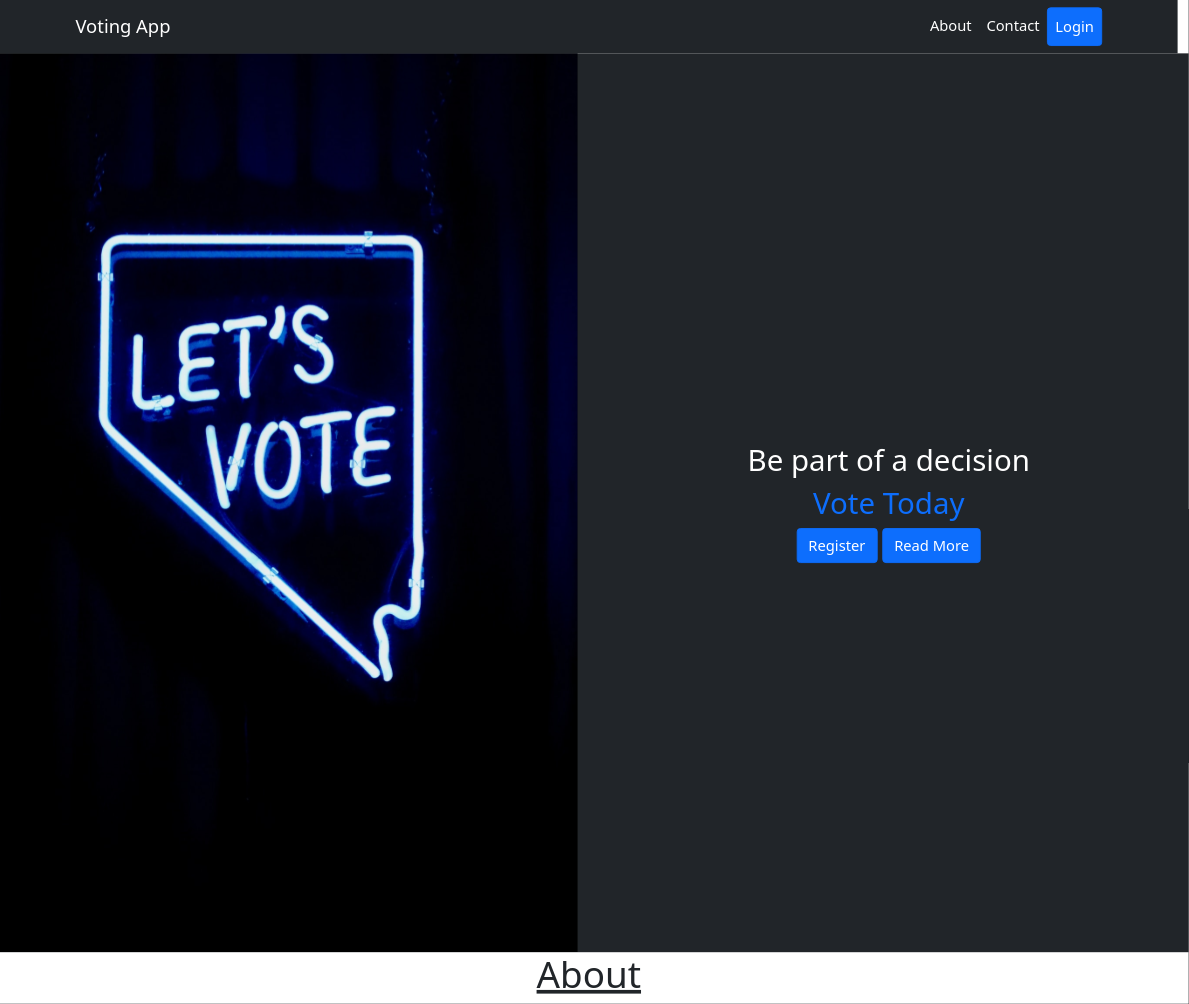
Repository: DavidManiIbrahim/Voting-app
Page: index.html
These files come from the project's save history. The page is drawn as it stood at one moment and after a run of saves; the edit follows.
The browser window is 1280 px wide. The page is 1292 px wide, so the pictures cover 1292 px, including what lies to the right of the window. The pictures show the whole page, at 92% of full size.

Above is the page before, as saved 2025-01-18 03:50:32.

### index.html
<!DOCTYPE html>
<html lang="en">
<head>
    <meta charset="UTF-8">
    <meta name="viewport" content="width=device-width, initial-scale=1.0">
    <title>Voting app</title>
    <link rel="stylesheet" href="./bootstrap.css">
    <link rel="stylesheet" href="./styles.css">
</head>
<body>

<!-- NavBar -->

    <nav class="navbar navbar-expand-lg bg-dark text-white ">
        <div class="container">
            <a href="#" class="navbar-brand text-white ">Voting App</a>


            <button class="navbar-toggler" data-bs-target="#navmenu" data-bs-toggle="collapse">
                <span class="navbar-toggler-icon bg-primary"></span>
            </button>
            <div class="collapse navbar-collapse " id="navmenu">
                <ul class="navbar-nav ms-auto text-center">
                    <li class="nav-link text-white">About</li>
                    <li class="nav-link text-white">Contact</li>
                    <a class="nav-link btn btn-primary text-white">Login</a>
                </ul>
            </div>
</div>
    </nav>

<!-- Hero Section -->

<div class="row h-100 bg-dark">
    <div class="col-md">
        <img src="./unsplash_LA1VawaCjjI.svg" alt="" class="img-fluid">
    </div>
    <div class="col-md m-auto" >
        <div class="container-fluid text-center lead m-auto text-white" id="content">
            <h2>Be part of a decision</h2>
            <h2 class="text-primary">Vote Today</h2>
            <div class="">
                <button class="btn btn-primary">Register</button>
                <button class="btn btn-primary">Read More</button>
            </div>
        </div>
    </div>
</div>

<!-- About Section -->

<div class="row">
    <div class="container text-center">
        <h1 class="text-decoration-underline">About</h1>
    </div>
</div>






    <script src="./bootstrap.min.js"></script>
</body>
</html>

### styles.css
.lead,#content{
    /* height:50vh; */
    /* border:1px solid; */
    padding: 50px;
}

.row{

}

Loaded but not shown: bootstrap.css (library); bootstrap.min.js (library)

After the next 3 saves:
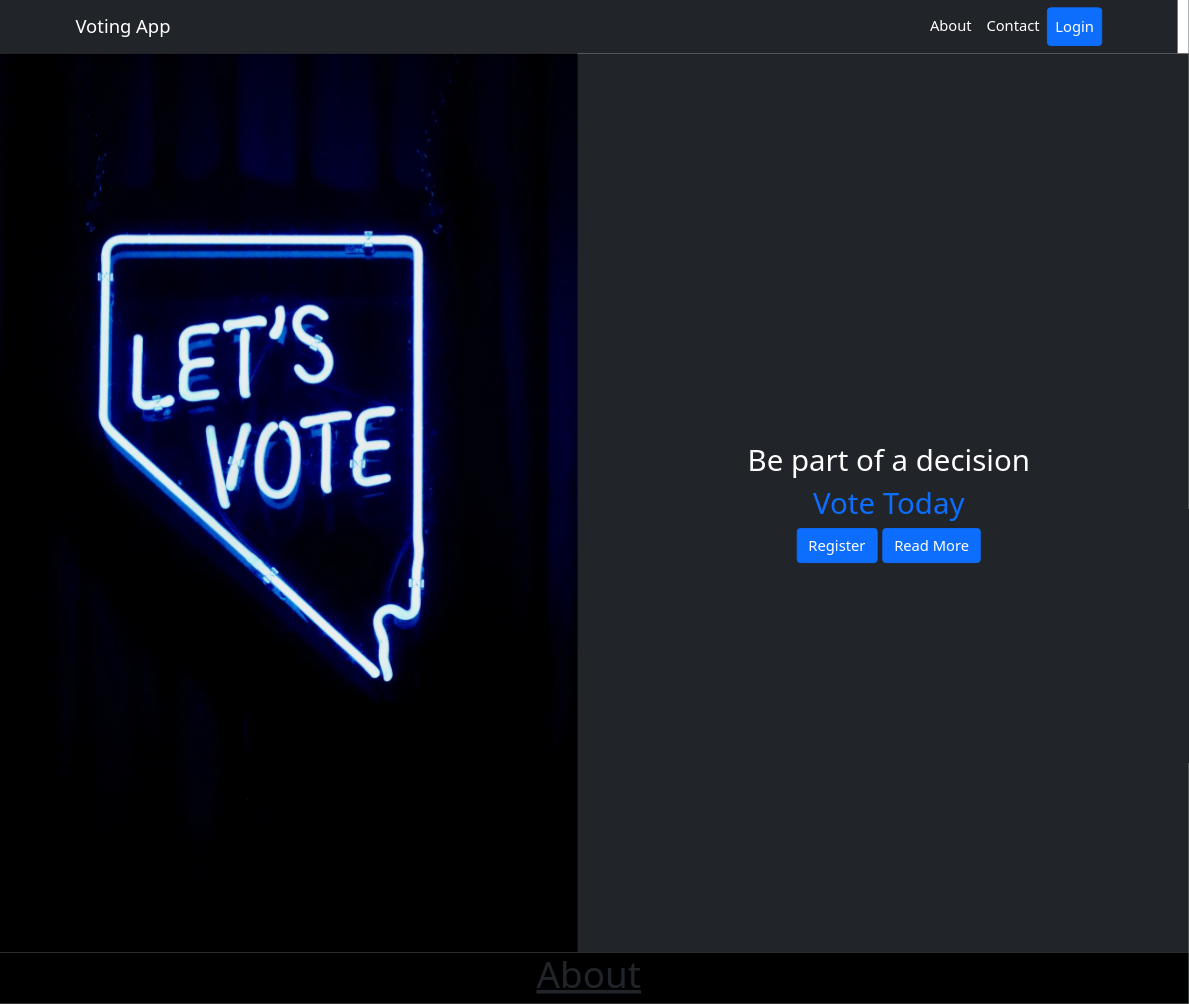
The 3 saves are shown as one change because they came seconds apart.
The last was saved 9 s later.
--- a/styles.css
+++ b/styles.css
@@ -5,5 +5,5 @@
 }
 
 .row{
-
+    background-color: #000;
 }
